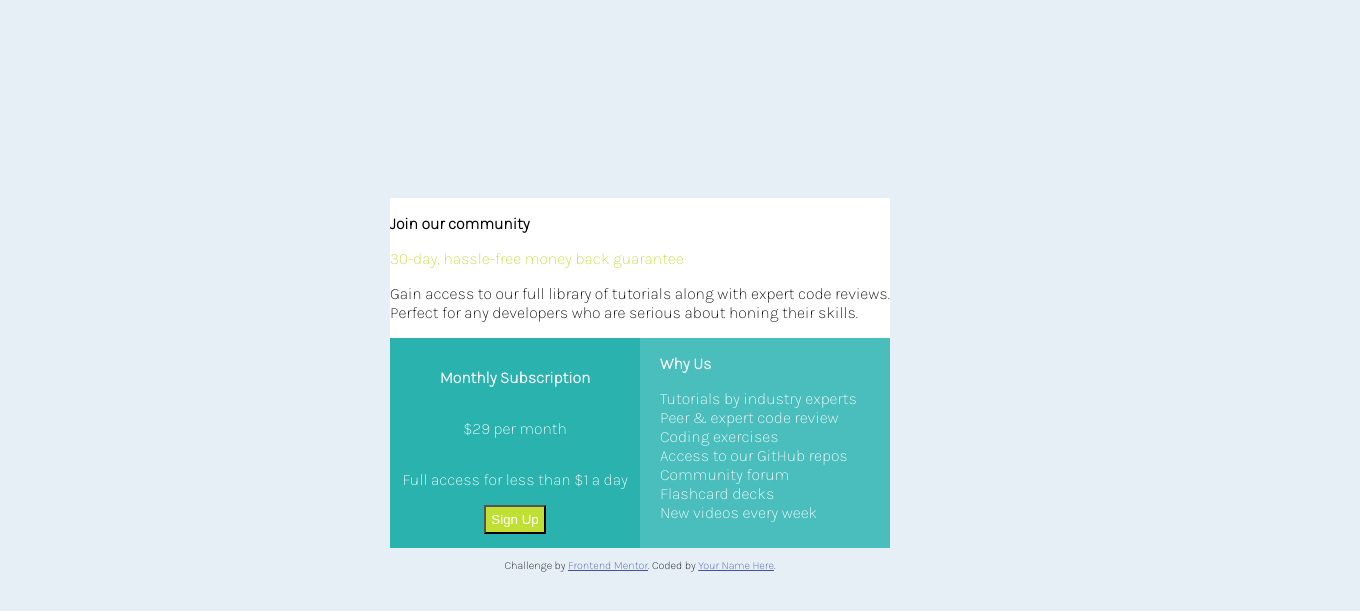
Repository: jminervino/PriceGridComponent
Page: index.html
The author's editor kept a copy of each file at every save. The page is drawn from the files as they stood at one save, then again after the next save.
The browser window is 1280 px wide. The page is 1360 px wide, so the pictures cover 1360 px, including what lies to the right of the window. The pictures show the whole page.

Above is the page before, as saved 2022-02-06 00:45:32.

After the next save:
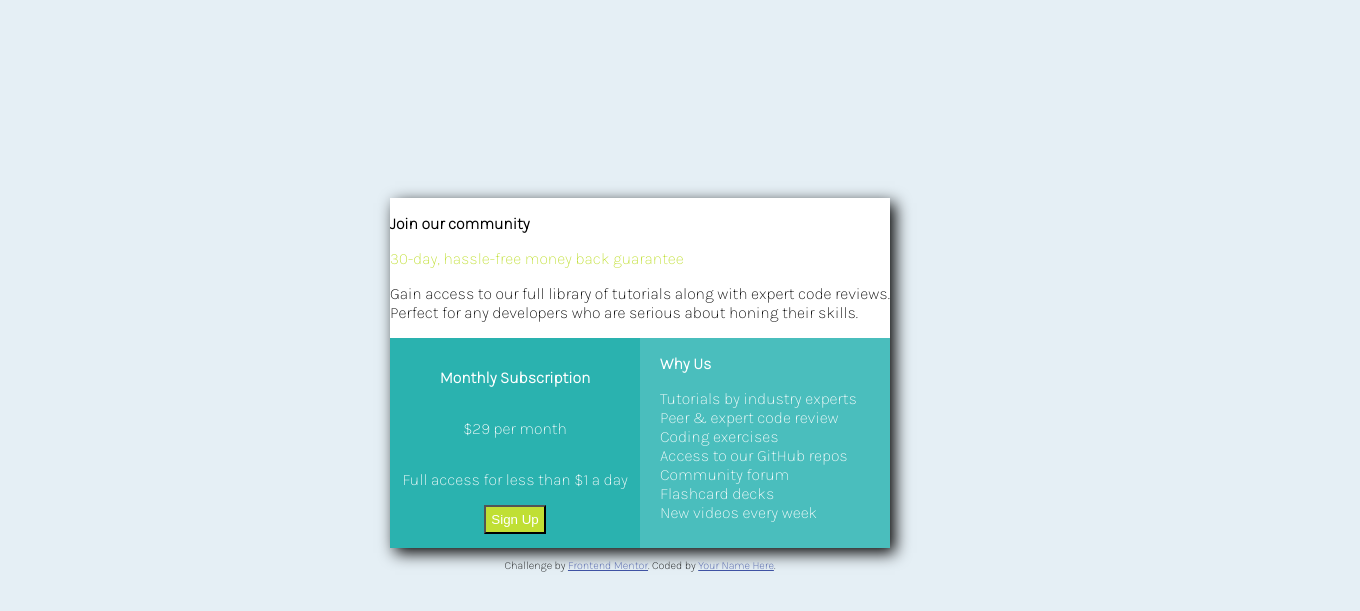
Saved 22 s later.
--- a/style.css
+++ b/style.css
@@ -33,6 +33,7 @@
     flex-direction: column;
     align-items: center;
     justify-content: center;
+    box-shadow:  5px 5px 15px ;
 }
 
 .main-line {

After the 3 saves that followed:
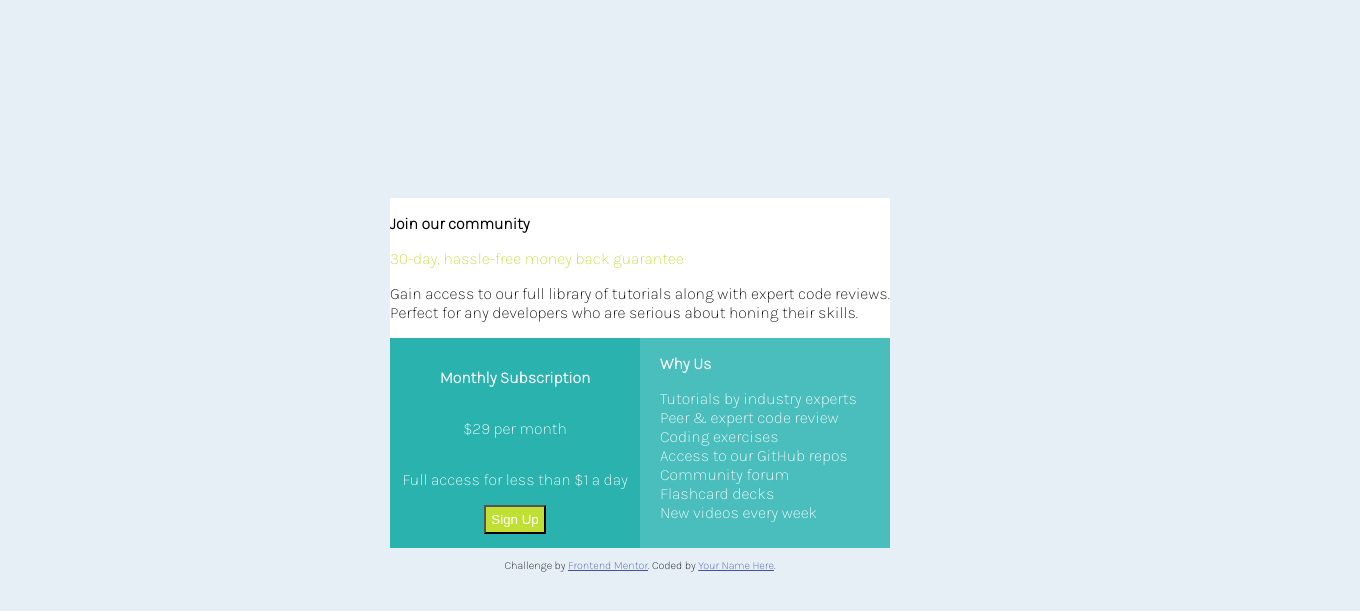
The 3 saves are shown as one change because they came seconds apart.
The last was saved 12 s later.
--- a/style.css
+++ b/style.css
@@ -33,7 +33,7 @@
     flex-direction: column;
     align-items: center;
     justify-content: center;
-    box-shadow:  5px 5px 15px ;
+    box-shadow:  5px 5px 15px 0.1;
 }
 
 .main-line {
